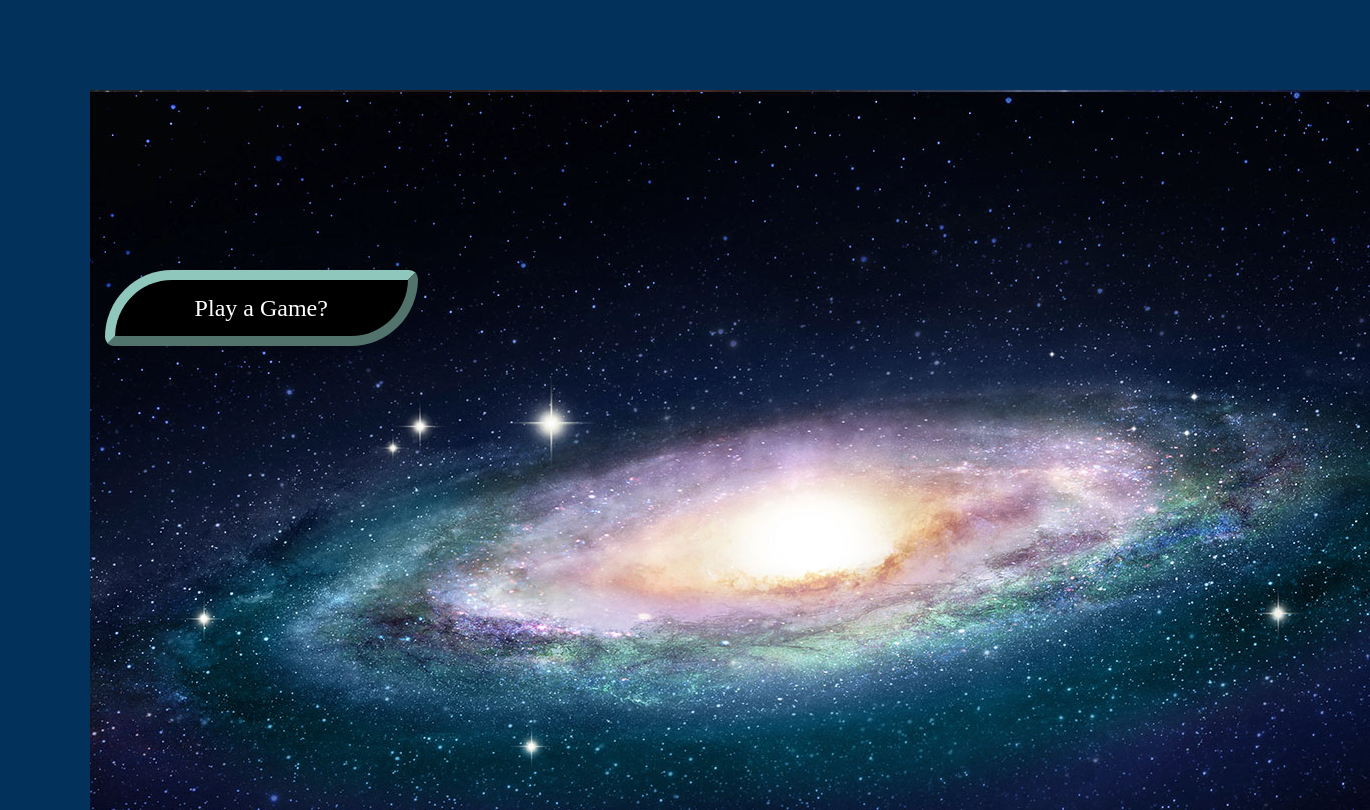
Repository: dsaftler/Trivia
Page: index.html
The author's editor kept a copy of each file at every save. The page is drawn from the files as they stood at one save, then again after the next save.
The browser window is 1280 px wide. The page is 1370 px wide, so the pictures cover 1370 px, including what lies to the right of the window. The pictures show the whole page.
Some web fonts or font styles are not loaded; a fallback is used.

Above is the page before, as saved 2019-04-13 16:08:50.

### index.html
<!DOCTYPE html>
<html lang="en">
<head>
  <meta charset="UTF-8">
  <meta name="viewport" content="width=device-width, initial-scale=1.0">
  <meta http-equiv="X-UA-Compatible" content="ie=edge">
   <link rel="stylesheet" href="assets/css/reset.css" type="text/css">
  <link rel="stylesheet" href="https://stackpath.bootstrapcdn.com/bootstrap/4.3.1/css/bootstrap.min.css"
    integrity="sha384-ggOyR0iXCbMQv3Xipma34MD+dH/1fQ784/j6cY/iJTQUOhcWr7x9JvoRxT2MZw1T" crossorigin="anonymous">
  <!-- <link href="https://fonts.googleapis.com/css?family=Cherry+Swash:700" rel="stylesheet"> -->
  <link href="https://fonts.googleapis.com/css?family=Baumans" rel="stylesheet">
  <!-- custom css -->
  <link rel="stylesheet" href="assets/css/style.css" type="text/css">

  <title>Trivia Game</title>
</head>
<body>
<div class="container">
  <div class="scoreElements">
   <div id="showWinsCnt"><span id="wins"></span></div>
   <div id="showLoseCnt"><span id="wrongs"></span></div>
   <div id="showMissCnt"><span id="misses"></span></div>
  </div>
  <div class='playElements'>
    <div class="showTimer"><span id="timer"></span></div>
    <div class="showQuestion"><span id="question"></span></div>
    <ul class=showAnswers>
    <li class="answers" id="answer0"><a href="#"></a></li>
    <li class="answers" id="answer1"><a href="#"></a></li>
    <li class="answers" id="answer2"><a href="#"></a></li>
    <li class="answers" id="answer3"><a href="#"></a></li>
    </ul>
    <div class="tmyk">
      <img class="image">
      <div class="extra"></div>
    </div>
  </div>

  <button id="newGame" onclick="initGame()">Play a Game?</button>
  <!-- <button id="temp1" onclick="newQuestion()">Next Question?</button> -->
</div>

<!-- bootstrap scripts -->
<script src="https://code.jquery.com/jquery-3.3.1.slim.min.js"
  integrity="sha384-q8i/X+965DzO0rT7abK41JStQIAqVgRVzpbzo5smXKp4YfRvH+8abtTE1Pi6jizo" crossorigin="anonymous"></script>
<script src="https://cdnjs.cloudflare.com/ajax/libs/popper.js/1.14.7/umd/popper.min.js"
  integrity="sha384-UO2eT0CpHqdSJQ6hJty5KVphtPhzWj9WO1clHTMGa3JDZwrnQq4sF86dIHNDz0W1" crossorigin="anonymous"></script>
<script src="https://stackpath.bootstrapcdn.com/bootstrap/4.3.1/js/bootstrap.min.js"
  integrity="sha384-JjSmVgyd0p3pXB1rRibZUAYoIIy6OrQ6VrjIEaFf/nJGzIxFDsf4x0xIM+B07jRM" crossorigin="anonymous"></script>
<script src="assets/javascript/app.js"></script>


</body>
</html>

### assets/css/style.css
html {
  height: 100%;
}
body {
  height: 100%;
  margin: 0;
  padding:0;
  background-color: #02315c;

  margin: auto;
  align-content: center;
  font-family: 'Baumans', cursive;
  color:white;
  font-size: 24px;
  font-weight: bolder;
}
.container{
   height: 100%;
  margin: 90px;
  background-image: url("../images/hubble.jpg");
  max-width: 1536px;
}
button{
  width:25%;
  margin: auto;
  color:white;
  padding: 10px;
  background-color:black;
  border-color: #8fc7bc;
  border-style: outset;
  border-width: 10px;
   border-radius: 150px 20px;
}
.scoreElements{
align-content: center;
margin: auto;
width: 75%;

}

.playElements{
  align-content: center;
  margin: auto;
  width: 75%;
}
ul li a {
  color: #8fc7bc;
  display: block;
  text-decoration: none;
  padding: 16px;
  width:50%
}

ul {
  list-style-type: circle;
}

li {
  display: block;
}

ul li a:hover {
  color: #332419;
  display: block;
  text-decoration: none;
}

li:hover {
  background-color:#8fc7bc;
}

### assets/javascript/app.js
// Advanced game has a 30 second timer that counts down to 0 for each question !!!!!!!!!!!!  changed to 15 seconds
// If the timer is 0 OR  a wrong answer is chosen:
  // show the correct answer for 5 seconds
// display a new question
// restart the timer with no user interaction

// questions are contained in an array with question, array of answers, index of correct answer
// question shows in questionId
// "Correct"  or "Correct Answer" shows in answerId
// 4 possible answers show in 4 clickable buttons
// buttons have hover behavior
//  only one can be selected (by click)

// scores for Wins, Losses, and Unanswered are kept (correct, wrong, timer ==0)
// ask to play again in link
// click on play restarts the game without re-loading the page

var qArray =[];
var wins, wrongs, misses, seconds;
var correctAnswerId;
var timer;
var seconds;
var isNewGame = true;
var timerRunning=false;
var i;
var qArrayLength
var sayCorrect
var answerTime=100;
var displayInfoTime=0;

$(document).ready(function () {
  //initGame();  // called by newGame button
  $(".answers").click(function() {
    stopTimer();
    $(".answers").css("pointer-events","none");
    //which answer did I click?
    var target = $(this).attr("id")
    for(let j = 0; j<4; j++) {
      jtarget = "answer" + j
      //console.log(jtarget)
      if (jtarget === target){
        if (j === correctAnswerId){
          showMe("win");
        } else {
          showMe("lose");
        }
      }
    }
  });
});


function initGame() {
  wins = 0;
  wrongs = 0;
  misses = 0;
  $(".scoreElements").hide();
  $(".playElements").hide();
  // $("#showWinsCnt").hide();
  // $("#showLoseCnt").hide();
  // $("#showMissCnt").hide();
  $("#newGame").hide();
  loadQuestions();
  i = 0;
  newQuestion(i);
}

function newQuestion(i)
{
  console.log(i)
  if (i < qArrayLength){
    // show game pieces: question, answers
    $(".playElements").show();
    $("#timer").show();
    // $(".showQuestion").show();
    // $(".answers").show();
    $(".tmyk").hide();
    // $(".extra").hide();
    // $(".image").hide();
    // console.log(qArray[i]);
    q="Question "+(i+1)+":  "
    $("#question").text(q+(qArray[i].question));
    $("#answer0").text(qArray[i].ansArray[0]);
    //console.log(qArray[i].ansArray[0]);
    $("#answer1").text(qArray[i].ansArray[1]);
    $("#answer2").text(qArray[i].ansArray[2]);
    $("#answer3").text(qArray[i].ansArray[3]);
    correctAnswerId = qArray[i].correct;
    correctAnswer = qArray[i].ansArray[correctAnswerId]
    //console.log(qArray[i].ansArray[correctAnswerId]);
    info = qArray[i].extra;
    $(".answers").css("pointer-events", "auto");
    clearInterval(timer)
    seconds = answerTime;
    showTime();
    timer = setInterval(tick, 1000);
  } else {
    gameOver();
  }
}

function gameOver()
{
  $(".playElements").hide();
  // $("#timer").hide();
  // $(".showQuestion").hide();
  // $(".answers").hide();
  // $(".extra").hide();
  // $(".image").hide();
  $(".scoreElements").show();
  $("#showWinsCnt").text(wins + " Correct")
 // $("#showWinsCnt").show();

  $("#showLoseCnt").text( wrongs + " Wrong")
  //$("#showLoseCnt").show();

  $("#showMissCnt").text(  misses + " Time-Outs")
 // $("#showMissCnt").show();
  //$("#wins").text(wins);
  // $("#wrongs").text(wrongs);
  // $("#misses").text(misses);
  $("#newGame").text("Play Again?"); // calls initGame
  $("#newGame").show();
}


//  The decrement function.
function tick()
{
  seconds--;
  if (seconds < 0) {
    //  ...run the stop function.
    stopTimer()
    showMe("miss");
    return;
  }
  showTime();

}

function stopTimer()
{
  clearInterval(timer);
 // $("#answers").pointerEvents="none";
 $("#answers")
}

//  Execute the run function.
function showTime()
{
 $("#timer").html("<h2>" + seconds + "</h2>");
 //console.log(seconds);
}
function showMe(result){
  switch (result){
    case "win":
      //alert("Correct");
      sayCorrect="Correct! "
      wins++;
      break;
    case "lose":
      //alert("Incorrect");
      sayCorrect = 'The correct answer was: '  + correctAnswer
      wrongs++
      break;
    case "miss":
      $("#timer").html("<h2>Timed-Out</h2>");
      sayCorrect= 'The answer was:  ' + correctAnswer
      misses++;
      break;
   }
  showExtra();
  setTimeout(displayPause, 1000 * displayInfoTime)

  }
function showExtra(){
  imgUrl = qArray[i].image
  $(".image").attr({"src":imgUrl, "alt": qArray[i].imageAlt});

  //console.log("<img src=" + qArray[i].image + ">");
  $(".extra").html(sayCorrect + "<br/>" + qArray[i].extra);
  $(".tmyk").show();
  //$(".extra").show();
  //$(".image").show();

}
function displayPause(){
  stopTimer();
  clearTimeout();
  i++;
  newQuestion(i)
}

function loadQuestions(){
qArray = [
    {
      question: "How many moons are in our Solar System?",
      correct: 3,
      ansArray: [25, 50, 97, 181],
      image: "assets/images/Moons_of_solar_system.jpg",
      imgAlt: "Moons of the solar system",
      extra: "These moons (also known as natural satellites) vary greatly in size and quantity per planet. For example, the largest moon is Jupiter’s Ganymede, and the smallest is Mar’s Deimos. Ganymede has a diameter of 3,273 miles, and Deimos has a diameter of 7 miles."

    },
    {
      question: "What percent of the universe is dark matter? (Plus or minus 2%.)",
      correct: 1,
      ansArray: ["15%", "27%", "50%", "80%"],
      image: "assets/images/darkmatter.png",
      imgAlt:"Dark matter web",
      extra: "The rest of the universe is around 68% dark energy, and less than 5% of the universe is made up of what we would consider ‘normal’ matter. This means that roughly 80% of the mass of the universe is made up of material we cannot see."
    },
    {
      question: "What is the most common type of star found in the Milky Way?",
      correct: 1,
      ansArray: ["Neutron stars", "Red dwarf stars", "Supernovae", "G-type"],
      image: "assets/images/Red-dwarf-infographic.jpg",
      imgAlt: "Types of Stars Infographic",
      extra: "Red dwarf stars make up an estimated ¾ of all stars found in the Milky Way. The surface temperature of red dwarf stars is less than 4,000 Kelvin, and they have a very low luminosity and therefore cannot be easily seen. In fact, from Earth not one red dwarf star can be seen with the naked eye. Since they develop very slowly and are constant for trillions of years, there are actually no advanced stars of this type in our galaxy because our galaxy is too young!"
    },
    {
      question: "What is the closest star to the Sun?",
      correct: 0,
      ansArray: ["Proxima Centauri", "Tau Ceti", "51 Pegasi", "Rigel"],
      image: "assets/images/proxima_centauri_main.jpg",
      imgAlt: "Proxima Centauri",
      extra: "Proxima Centauri is a red dwarf star located in Alpha Centauri system, which is in the Centaurus constellation. Alpha Centauri is actually a triple star system with Proxima Centauri being the closest to the sun. It is 4.24 light years away from the sun, and is not visible to the naked eye from Earth."
    },
    {
      question: "What has a gravitational pull so strong that even light cannot escape it?",
      correct: 2,
      ansArray: ["Quantum Gravity", "True Love", "Black Hole", "Worm Hole"],
      image: "assets/images/blackhole.jpg",
      imgAlt: "Black Hole",
      extra: "Black holes are one of the deadliest things in the universe. They are formed when a star with a mass more than three times that of our sun dies and collapses onto itself after an explosion called a supernova. Black holes can siphon the gas out of stars until they vanish. They can even break apart and swallow planets."
    },
    {
      question: "Which NASA space flight was the last manned mission to the moon?",
      correct: 3,
      ansArray: ["Gemini 12", "Skynet 1.0", "Apollo 13","Apollo 17"],
      image: "assets/images/moon-landing.jpg",
      imgAlt: "Moon Landing",
      extra: "Apollo 17 launched on December 7, 1972 as the first night launch done by NASA. It was also the final mission of NASA’s Apollo program. Apollo 17 was the last time humans traveled beyond low Earth orbit. The mission also boasted that at the time it had the longest moon landing, largest lunar samples, longest time in orbit, and the longest total moonwalks."
    },
    {
      question: "What is the longest continuous time a human has spent in space? (Plus or minus 20 days.)",
      correct: 2,
      ansArray: ["37 days", "189 days", "437 days", "682 days"],
      image: "assets/images/poljakov.jpg",
      imgAlt: "Portrait of Poljakov",
      extra: "This amounts to more than 14 months in space. This feat was accomplished by Valeri Polyakov, a Russian astronaut who stayed aboard the Mir space station from January 1994 to March 1995. When Polyakov retired he had over 678 cumulative days in space, and his combined space time was over 22 months."
    },
    {
      question: "How much time does sun rays take to reach earth?",
      correct: 2,
      ansArray: ["58 seconds", "3.5 minutes", "8 minutes", "14 minutes"],
      image: "assets/images/Earth_to_Sun.png",
      imgAlt: "Distance to the Sun",
      extra: "The speed of light in vacuum, commonly denoted c, is a universal physical constant important in many areas of physics. Its exact value is299,792,458 meters per second (approximately 300,000 km/s (186,000 mi/s))."
    },
    {
      question: "When will Halley’s Comet will be visible from Earth again?",
      correct: 2,
      ansArray: ["2024", "2039", "2061", "2101"],
      image: "assets/images/HalleysComet.jpg",
      imgAlt: "Haley's Comet",
      extra: "Halley's Comet is arguably the most famous comet. It is a ‘periodic’ comet and returns to Earth's vicinity about every 75 years, making it possible for a human to see it twice in his or her lifetime. The last time it was here was in 1986, and it is projected to return in 2061."
    },
    {
      question: "How long was the shortest space flight?",
      correct: 0,
      ansArray: ["15 minutes", "73 minutes", "4.5 hours", "3 days"],
      image: "assets/images/freedom7.jpg",
      imgAlt: "Freedom 7 launch",
      extra: "This occurred on May 5, 1961 when Alan Shepard achieved an altitude of 115 miles in NASA’s Freedom 7. He was also the first American in space. Shepard later went on to become the oldest person to walk on the surface of the moon. He achieved this in 1971 during the Apollo 14 mission. At the time, he was 47 years old."
    }
  ]
  qArrayLength=qArray.length;
  //console.log(qArray);
};

Loaded but not shown: assets/css/reset.css (no stored copy; drawn as an empty file)

After the next save:
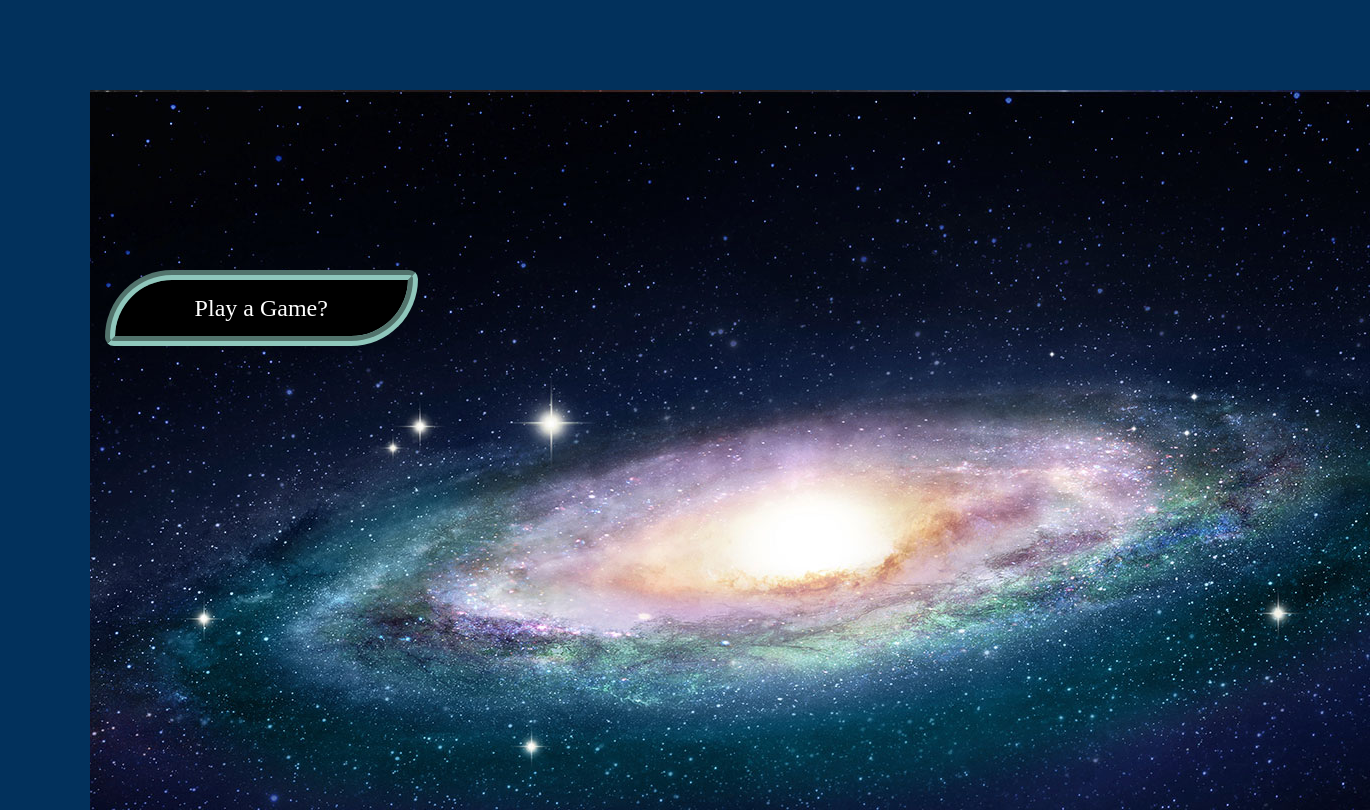
Saved 45 s later.
--- a/assets/css/style.css
+++ b/assets/css/style.css
@@ -27,7 +27,7 @@ button{
   padding: 10px;
   background-color:black;
   border-color: #8fc7bc;
-  border-style: outset;
+  border-style: groove;
   border-width: 10px;
    border-radius: 150px 20px;
 }
